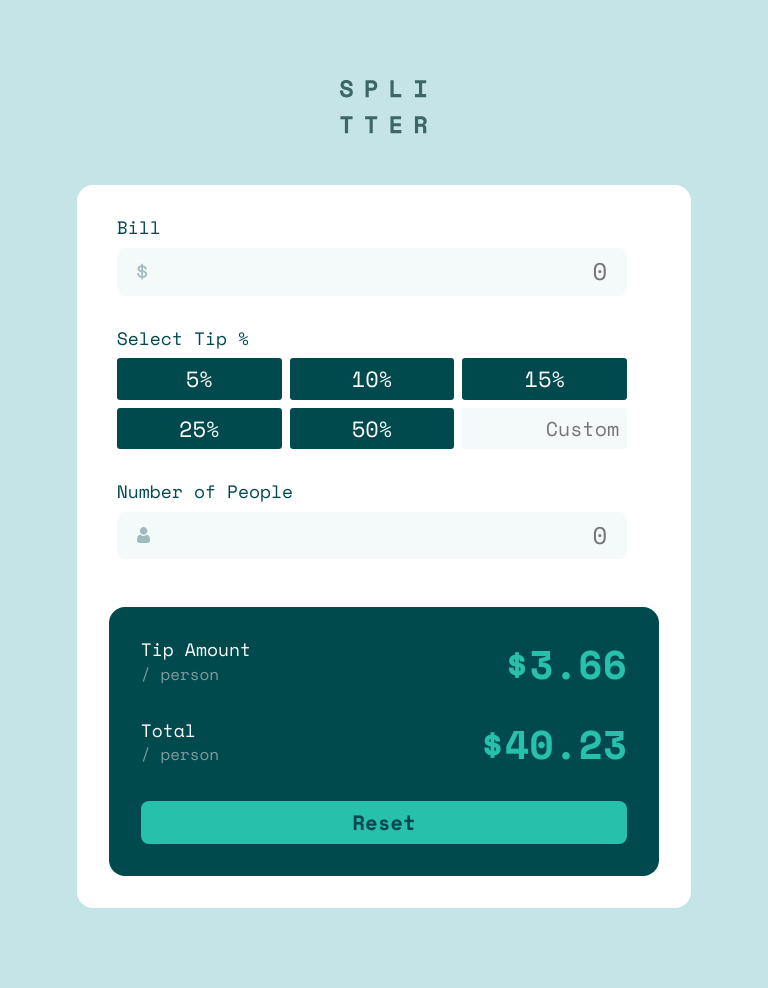
Repository: Jay-JYKim91/FM_tip-calculator
Page: index.html
The author's editor kept a copy of each file at every save. The page is drawn from the files as they stood at one save, then again after the next save.
The browser window is 768 px wide. The pictures show the whole page.

Above is the page before, as saved 2021-12-23 13:11:31.

After the next save:
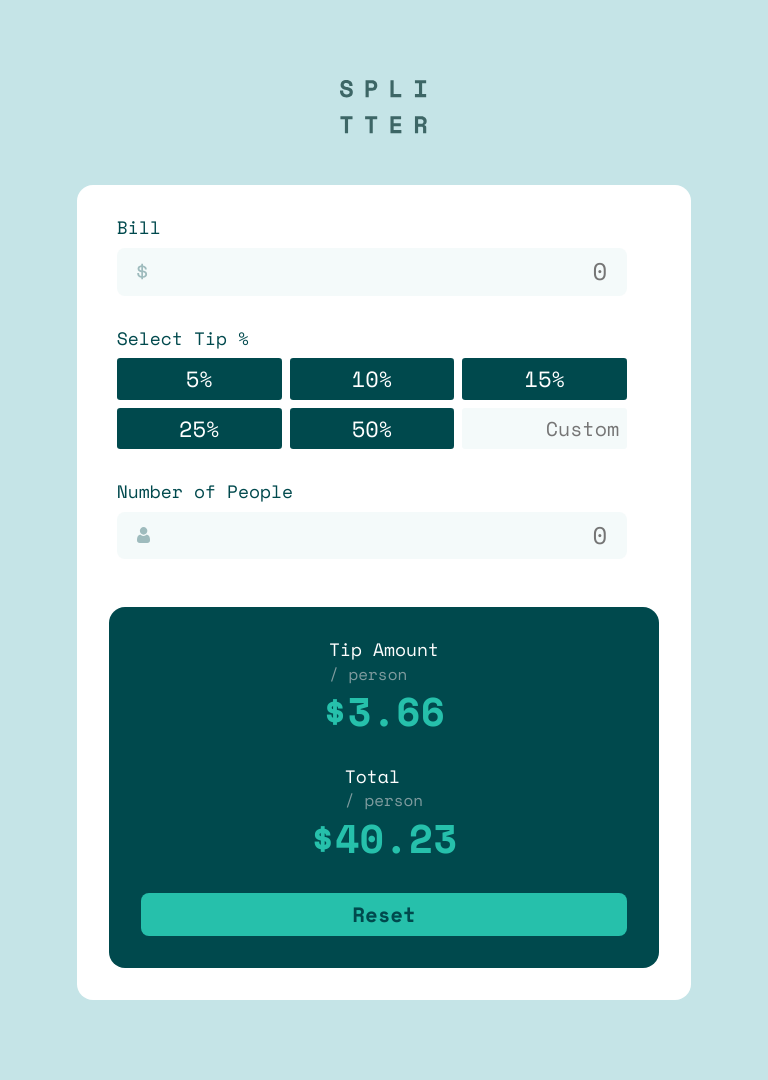
Saved 88 s later.
--- a/style.css
+++ b/style.css
@@ -179,4 +179,7 @@ header {
   .result_wrapper {
     margin-top: 3rem;
   }
+  .result_row {
+    flex-direction: column;
+  }
 }
